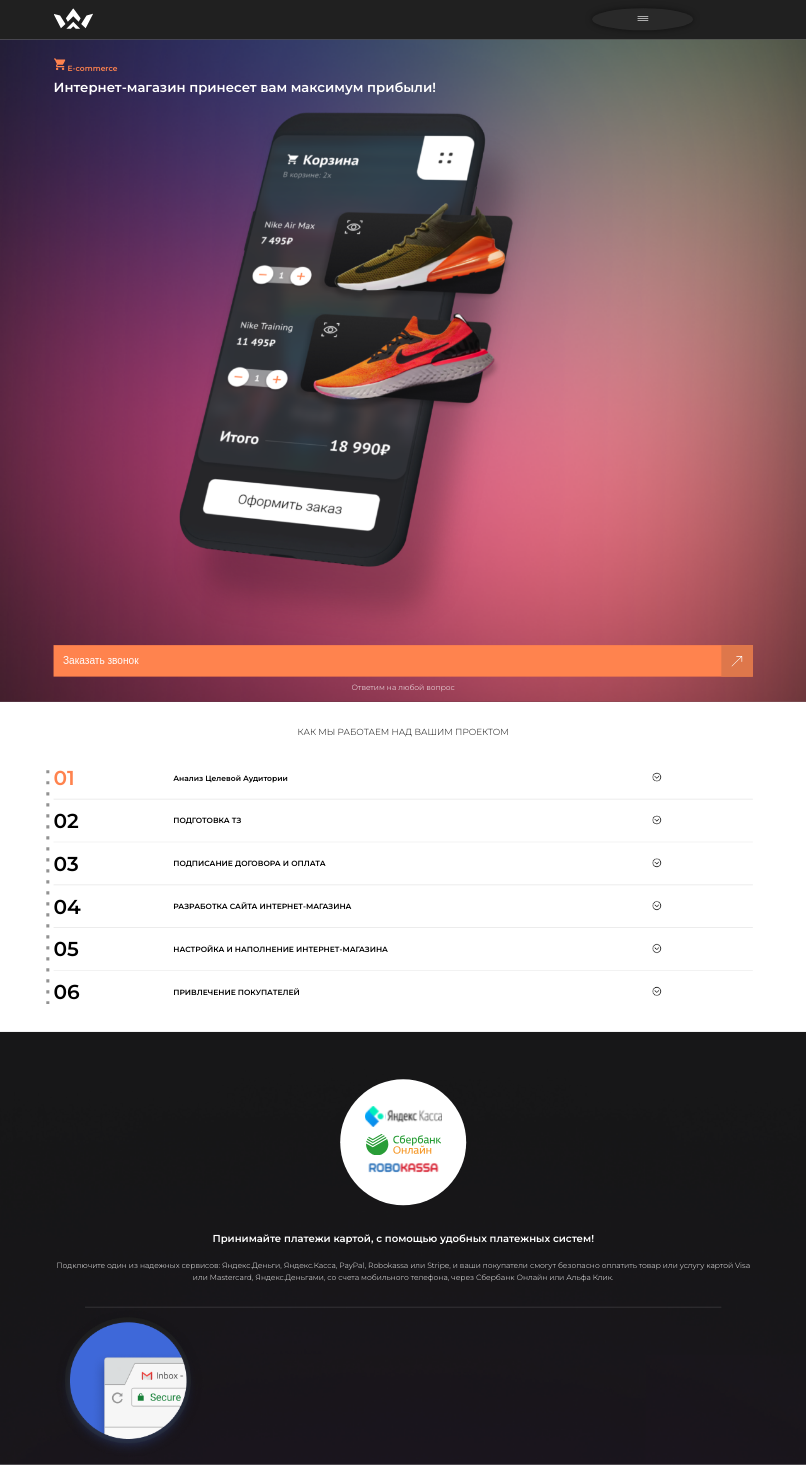
Repository: Gabi0605/my-tests
Page: web_alternative/index.html
An editor plug-in stored every save of this project. The page is shown before and after a run of saves, followed by the edit.
The browser window is 1280 px wide. The pictures show the whole page, at 63% of full size.
The style sheet was rebuilt from its Sass, Less or Tailwind sources for each picture, by a compiler version that may differ from the author's.

Above is the page before, as saved 2020-01-19 21:13:08.

After the next 2 saves:
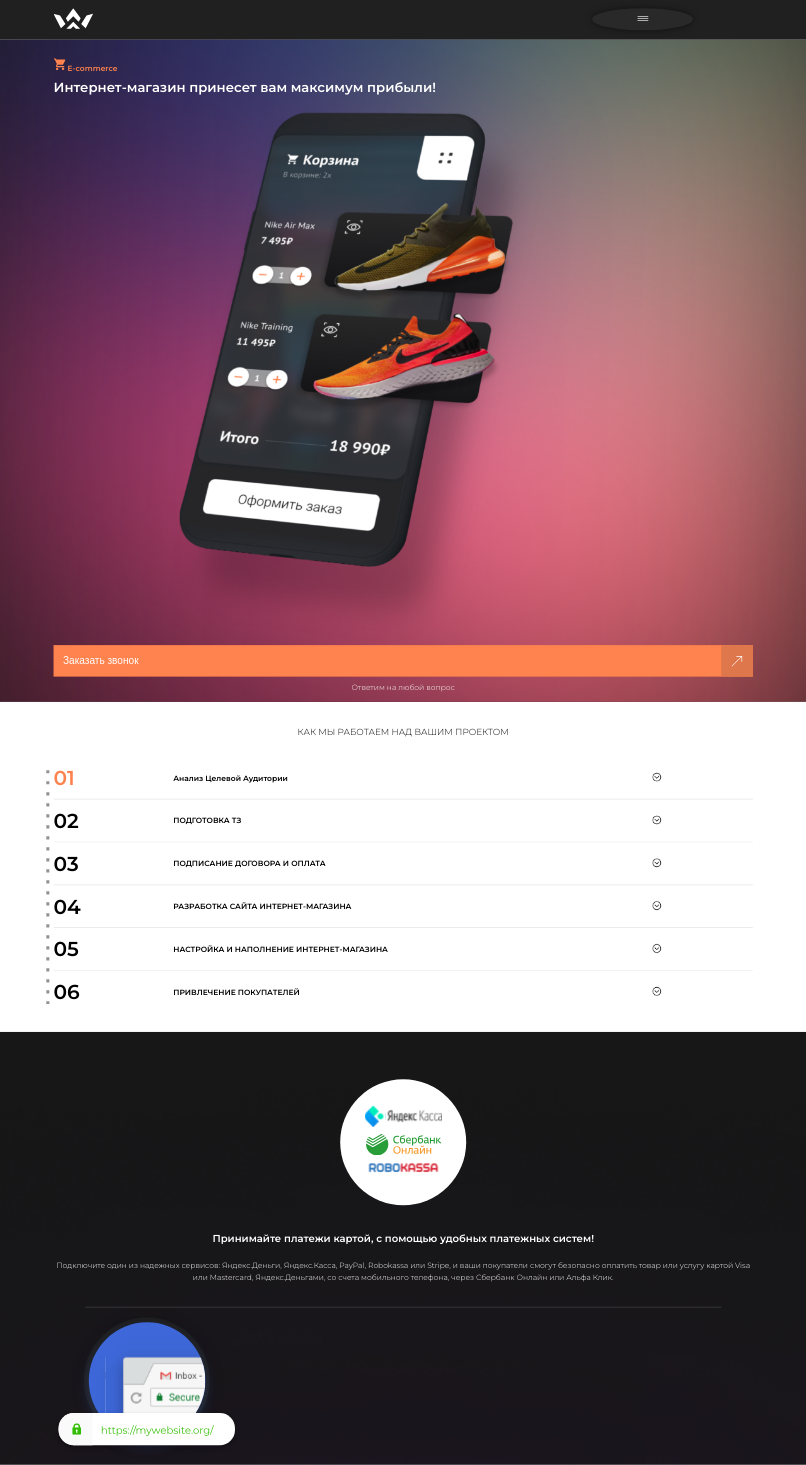
The 2 saves are shown as one change because they came seconds apart.
The last was saved 48 s later.
--- a/web_alternative/index.html
+++ b/web_alternative/index.html
@@ -142,7 +142,7 @@
                 </div>
                 <div class="col-12">
                     <div class="pay__img">
-                        <img src="img/website.png" alt="" class="hun">
+                        <img src="img/svg/website.svg" alt="" class="hun">
                     </div>
                 </div>
             </div>
